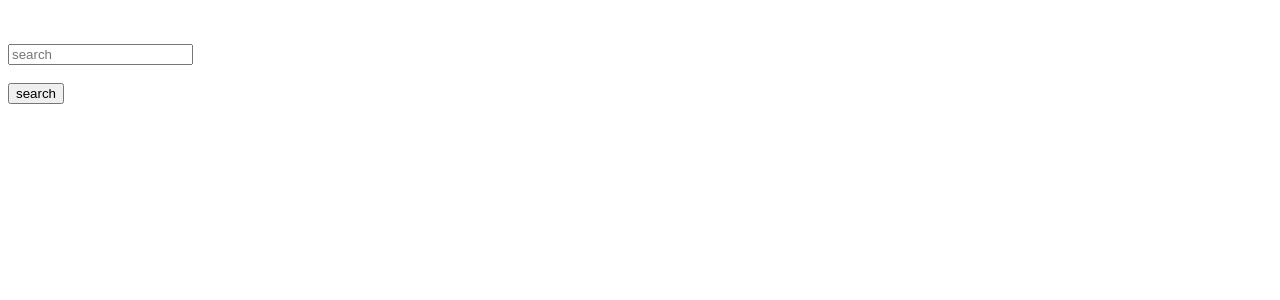
Repository: rohandarekar2805/Bus_booking_system
Page: Servlet4/src/main/webapp/login.html
The author's editor kept a copy of each file at every save. The page is drawn from the files as they stood at one save, then again after the next save.
The browser window is 1280 px wide. The pictures show the whole page.

Above is the page before, as saved 2024-01-01 16:26:29.

### Servlet4/src/main/webapp/login.html
<!DOCTYPE html>
<html>
<head>
<meta charset="ISO-8859-1">
<title>Insert title here</title>
</head>
<body>
	<form action="bbb" method="post" > <br/> <br/>
	<input type="text" name="search1" placeholder="search"> <br/> <br/>
	<input type="submit" value="search"/>
	</form>

</body>
</html>

After the next save:
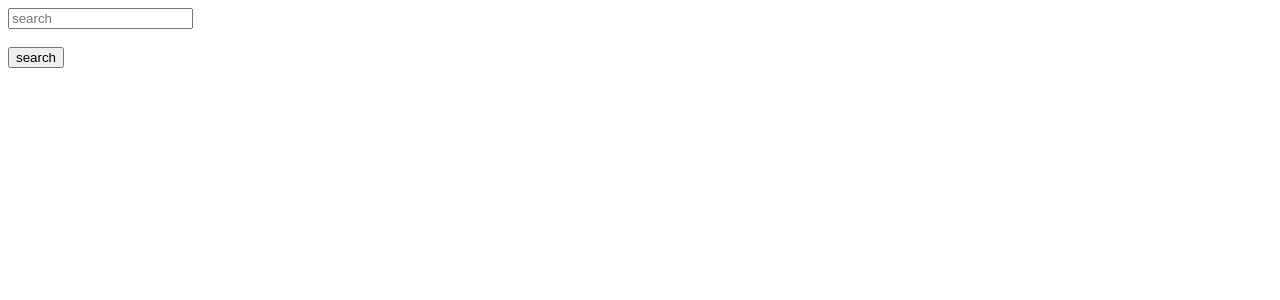
Saved 3 min 11 s later.
--- a/Servlet4/src/main/webapp/login.html
+++ b/Servlet4/src/main/webapp/login.html
@@ -5,7 +5,7 @@
 <title>Insert title here</title>
 </head>
 <body>
-	<form action="bbb" method="post" > <br/> <br/>
+	<form action="bbb" method="post" >
 	<input type="text" name="search1" placeholder="search"> <br/> <br/>
 	<input type="submit" value="search"/>
 	</form>
